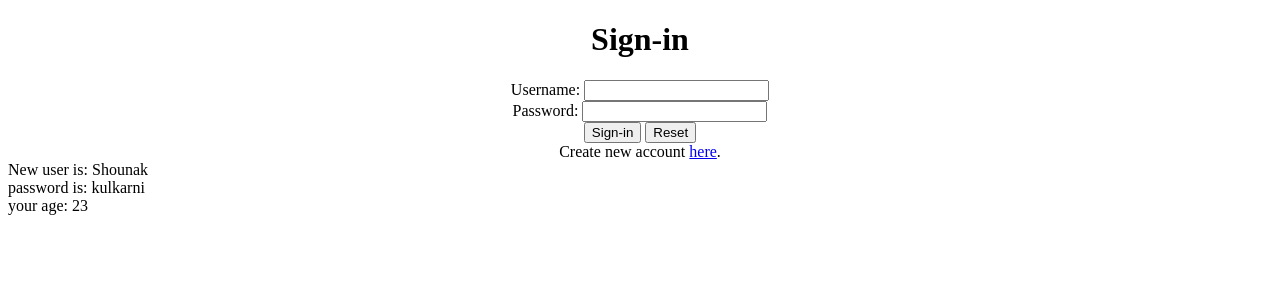
Repository: shounakmk219/training
Page: http://localhost/Fakebook/
An editor plug-in stored every save of this project. The page is shown before and after the next save, followed by the edit.
The browser window is 1280 px wide. The pictures show the whole page.
The page is served by Tomcat 9. Other server files are loaded and not shown.

Above is the page before, as saved 2019-07-10 10:09:31.

### week2/Fakebook/WebContent/index.jsp
<%@ page language="java" contentType="text/html; charset=ISO-8859-1"
    pageEncoding="ISO-8859-1"%>
<!DOCTYPE html>
<html>
<head>
<meta charset="ISO-8859-1">
<title>Fakebook</title>
</head>
<body>
<center>
	<h1>Sign-in</h1>
	<form action="sign-in" method="post">
		Username: <input type="text" name="uname"/><br>
		Password: <input type="password" name="pass"/><br>
		<input type="submit" value="Sign-in">
		<input type="reset" value="Reset">
	</form>
	Create new account <a href="sign-up">here</a>.
</center>
	<jsp:useBean id="p1" class="com.model.Profile"></jsp:useBean>
	<jsp:setProperty property="uname" name="p1" value="Shounak"/>
	<jsp:setProperty property="password" name="p1" value="kulkarni"/>
	<jsp:setProperty property="age" name="p1" value="23"/>

	New user is: <jsp:getProperty property="uname" name="p1"/><br>
	password is: <jsp:getProperty property="password" name="p1"/><br>
	your age: <jsp:getProperty property="age" name="p1"/>

</body>
</html>

### week2/Fakebook/src/com/model/Profile.java
package com.model;

public class Profile {
	private String uname;
	private String password;
	private String age;
	public String getUname() {
		return uname;
	}
	public void setUname(String uname) {
		this.uname = uname;
	}
	public String getPassword() {
		return password;
	}
	public void setPassword(String password) {
		this.password = password;
	}
	public String getAge() {
		return age;
	}
	public void setAge(String age) {
		this.age = age;
	}


}

After the next save:
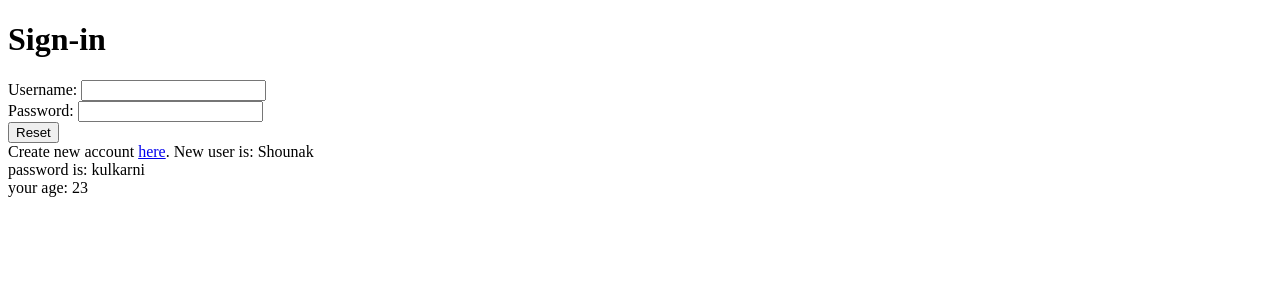
Saved 37 s later.
--- a/week2/Fakebook/WebContent/index.jsp
+++ b/week2/Fakebook/WebContent/index.jsp
@@ -7,16 +7,14 @@
 <title>Fakebook</title>
 </head>
 <body>
-<center>
 	<h1>Sign-in</h1>
 	<form action="sign-in" method="post">
 		Username: <input type="text" name="uname"/><br>
-		Password: <input type="password" name="pass"/><br>
+		Password: <input type="password" name="pass"/><br
 		<input type="submit" value="Sign-in">
 		<input type="reset" value="Reset">
 	</form>
 	Create new account <a href="sign-up">here</a>.
-</center>
 	<jsp:useBean id="p1" class="com.model.Profile"></jsp:useBean>
 	<jsp:setProperty property="uname" name="p1" value="Shounak"/>
 	<jsp:setProperty property="password" name="p1" value="kulkarni"/>
